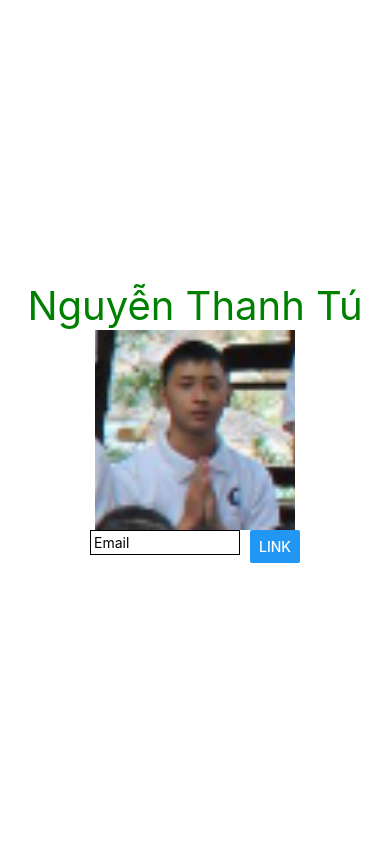
Repository: ntu34543/ReactNativeAndroid
Screen: /
The author's editor kept a copy of each file at every save. The screen is drawn from the files as they stood at one save, then again after a run of saves.
The app was drawn by React Native's web renderer in a window 390 px wide. The project was rebuilt for these pictures with package versions that can differ from the ones it lists, and the page was loaded fresh each time.

Above is the screen before, as saved 2022-09-23 16:58:43.

After the next 2 saves:
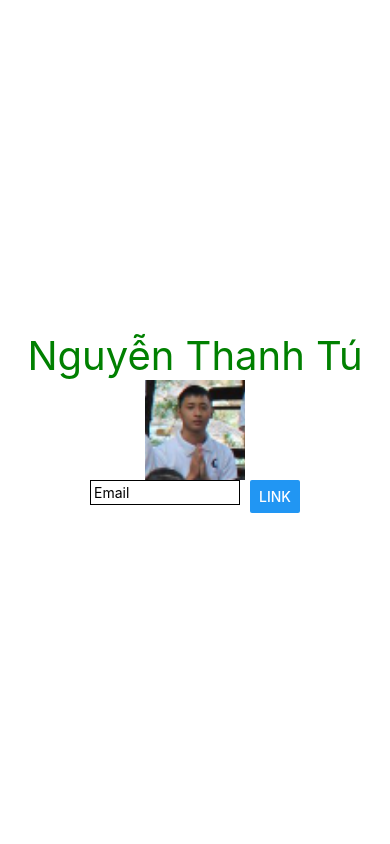
The 2 saves are shown as one change because they came seconds apart.
The last was saved 6 s later.
--- a/App.js
+++ b/App.js
@@ -45,7 +45,7 @@
     color: 'green',
   },
   image: {
-    width: 200,
-    height: 200,
+    width: 100,
+    height: 100,
   }
 });

After the 3 saves that followed:
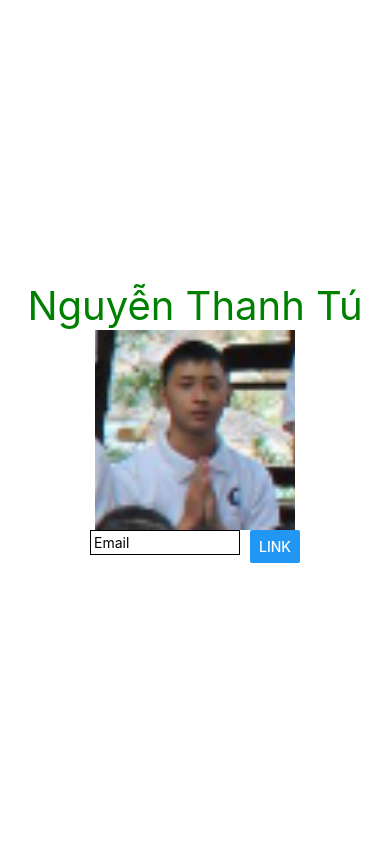
The 3 saves are shown as one change because they came seconds apart.
The last was saved 18 s later.
--- a/App.js
+++ b/App.js
@@ -45,7 +45,7 @@
     color: 'green',
   },
   image: {
-    width: 100,
-    height: 100,
+    width: 200,
+    height: 200,
   }
 });
